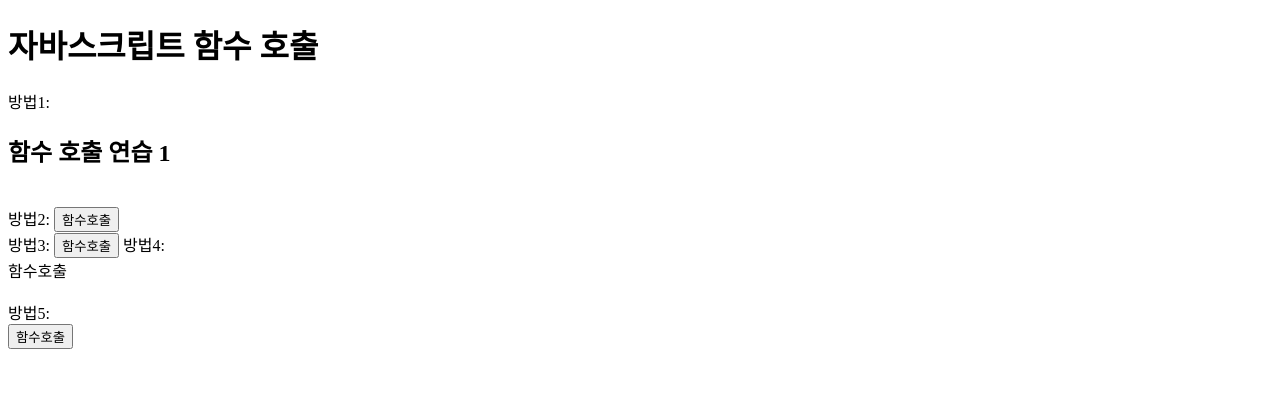
Repository: shinsil0601/webstudy
Page: 03_JavaScript/src/main/webapp/day02/ex07_function.html
An editor plug-in stored every save of this project. The page is shown before and after the next save, followed by the edit.
The browser window is 1280 px wide. The pictures show the whole page.

Above is the page before, as saved 2023-06-28 03:09:07.

After the next save:
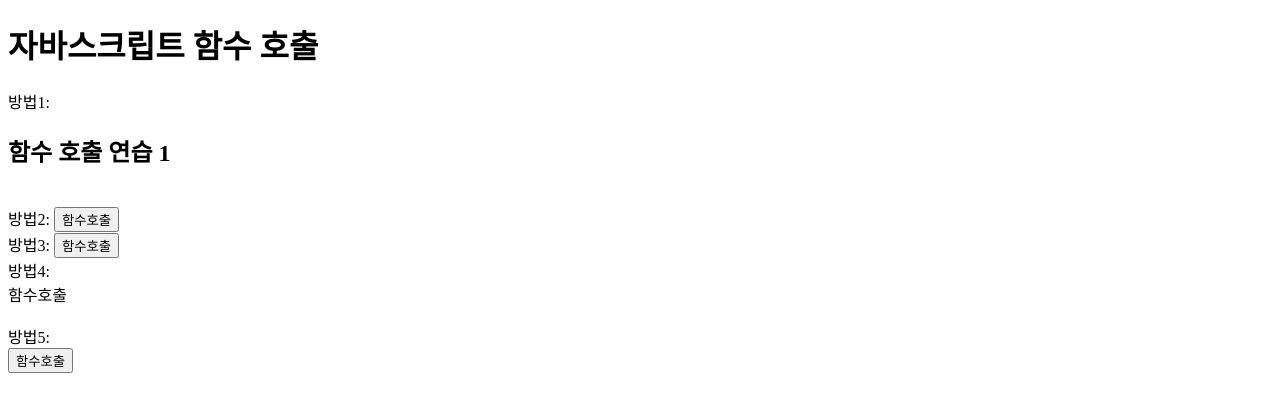
Saved 10 s later.
--- a/03_JavaScript/src/main/webapp/day02/ex07_function.html
+++ b/03_JavaScript/src/main/webapp/day02/ex07_function.html
@@ -14,7 +14,7 @@
 	방법1: <script type="text/javascript"> test(1); </script><br>
 	<!-- 태그 속성이 onXXX는 자바스크립트 함수 호출할 수 있다. -->
 	방법2: <button onclick="test(2)">함수호출</button><br>
-	방법3: <button onclick="javascript:test(3)">함수호출</button>
+	방법3: <button onclick="javascript:test(3)">함수호출</button><br>
 	방법4: <div onclick="test(4)">함수호출</div><br>
 	방법5: <form action="ex07_function.html">
 				<input type="button" value="함수호출" onclick="test(5)">
